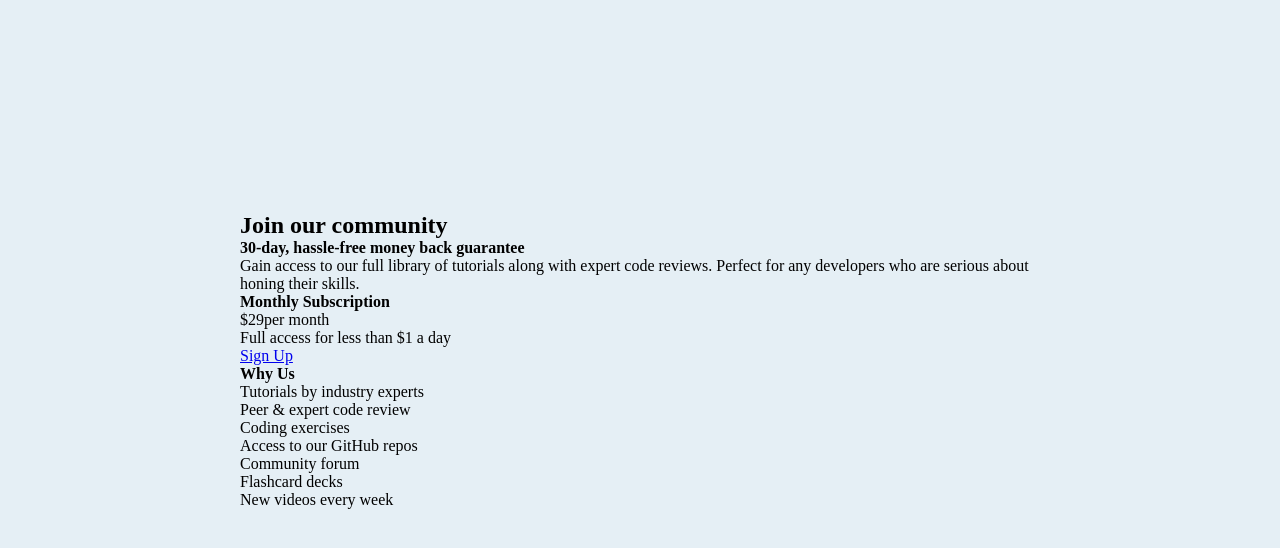
Repository: superZXMzzl/FrontendMentor
Page: single-price-grid-component-master/index.html
These files come from the project's save history. The page is drawn as it stood at one moment and after the next save; the edit follows.
The browser window is 1280 px wide. The pictures show the whole page.

Above is the page before, as saved 2022-05-10 20:16:22.

After the next save:
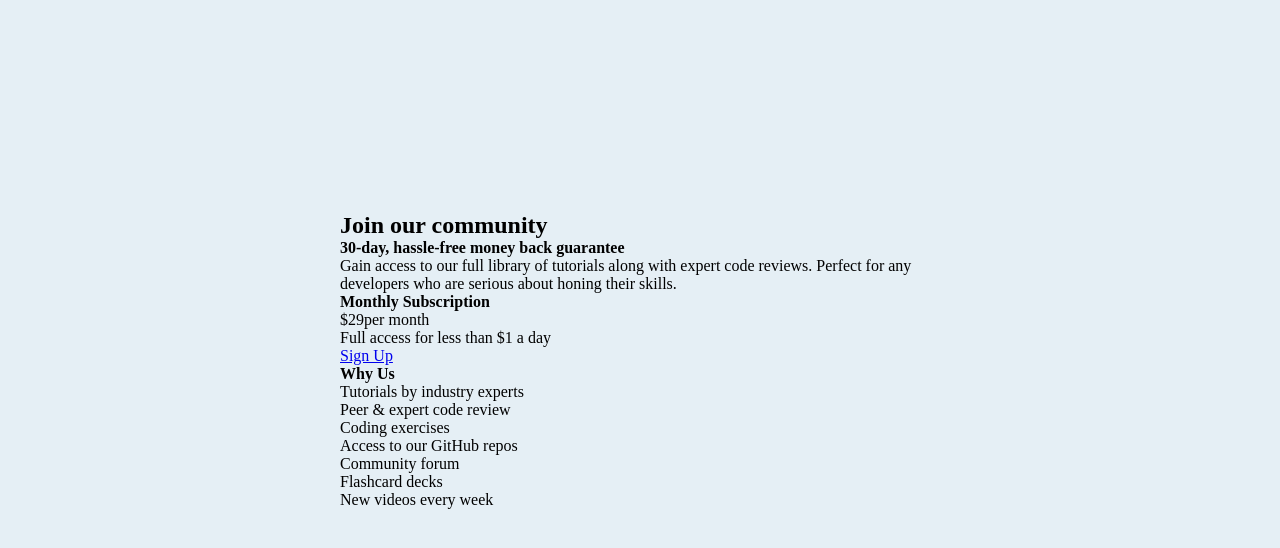
Saved 10 s later.
--- a/single-price-grid-component-master/style.css
+++ b/single-price-grid-component-master/style.css
@@ -13,6 +13,6 @@ body {
 }
 
 .container {
-    max-width: 800px;
+    max-width: 600px;
     margin: 0 auto;
 }
